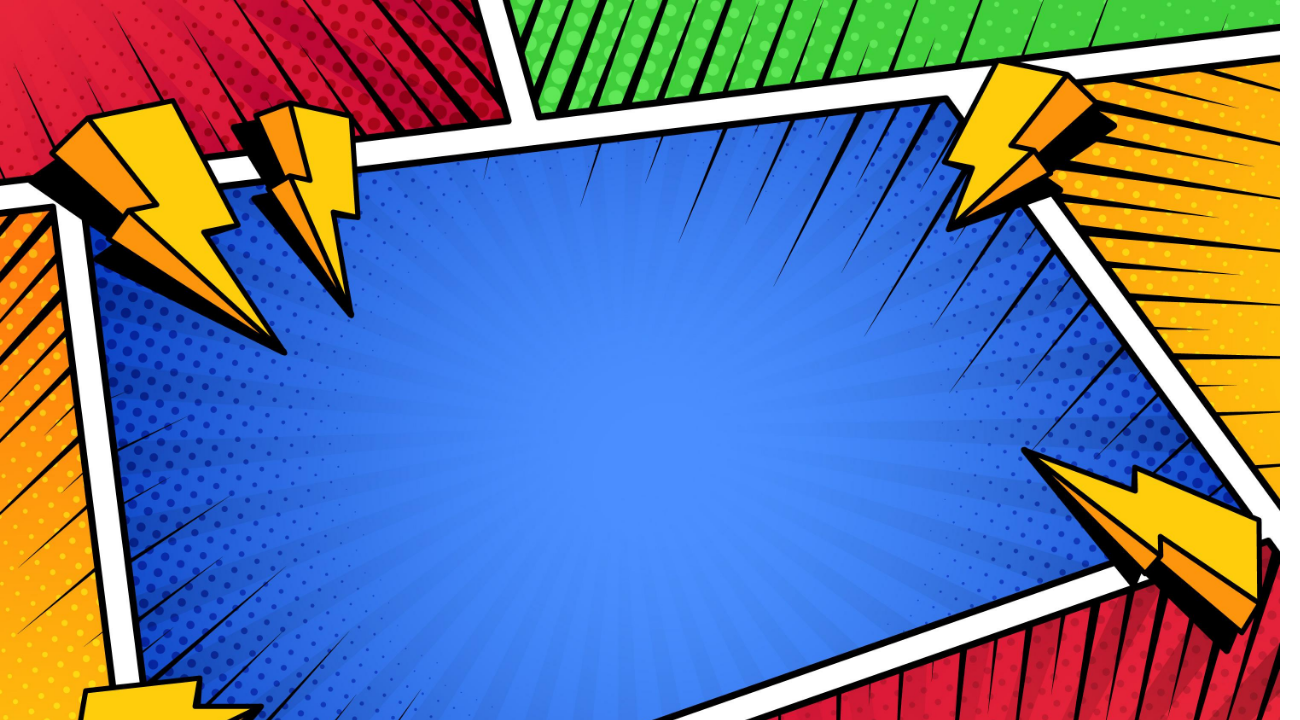
Repository: nrsWebs/design-pattern-es
Page: index.html
The author's editor kept a copy of each file at every save. The page is drawn from the files as they stood at one save, then again after a run of saves.
The browser window is 1280 px wide. The page is 1280 px wide, then 1300 px, so the pictures cover 1300 px, including what lies to the right of the window. The pictures show the whole page.
After loading, the first visible `button.linker` was clicked once.

Above is the page before, as saved 2021-02-06 19:39:10.

After the next 2 saves:
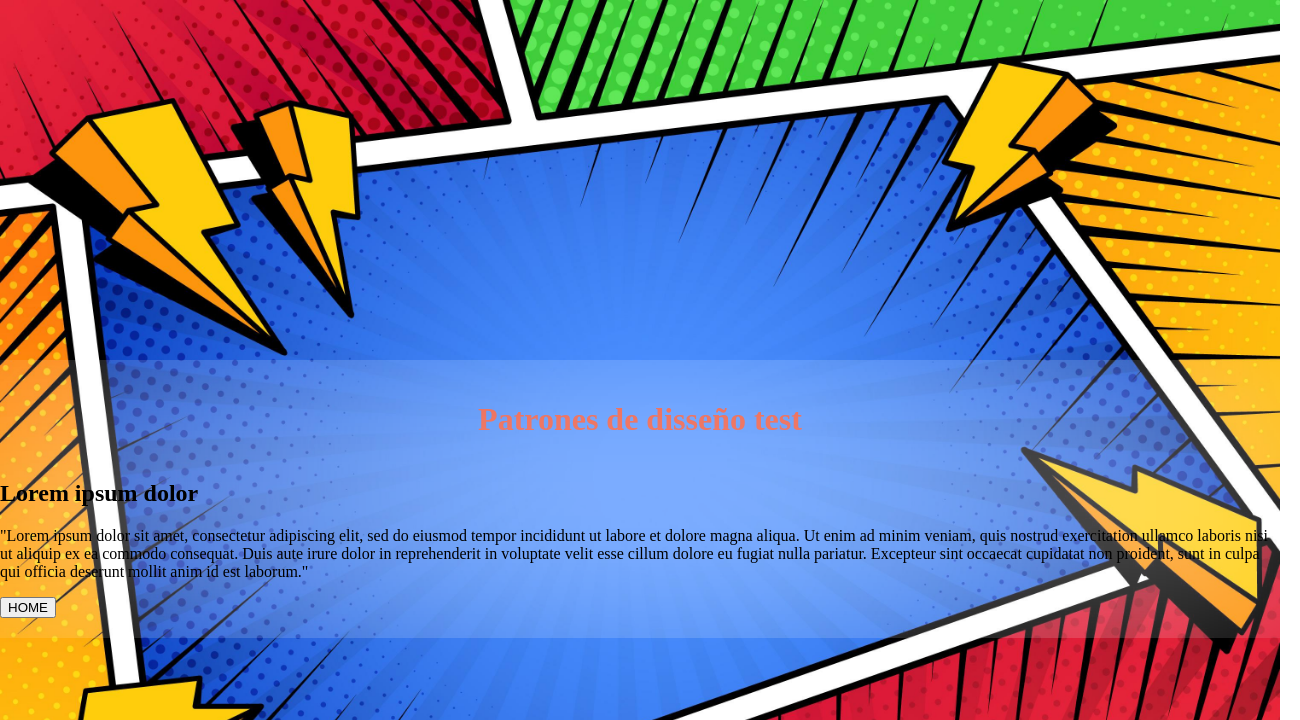
The 2 saves are shown as one change because they came seconds apart.
The last was saved 26 s later.
--- a/index.html
+++ b/index.html
@@ -38,6 +38,7 @@
         jQuery(this).closest('.box').animate({opacity: '0'}, "slow");
         jQuery(this).closest('.box').addClass('hidden-container');
         //Show
+        jQuery('#'+nextid).removeClass('hidden-container');
         jQuery('#'+nextid).animate({opacity: '0.5'}, "slow");
         jQuery('#'+nextid).animate({opacity: '1'}, "slow");
     });
